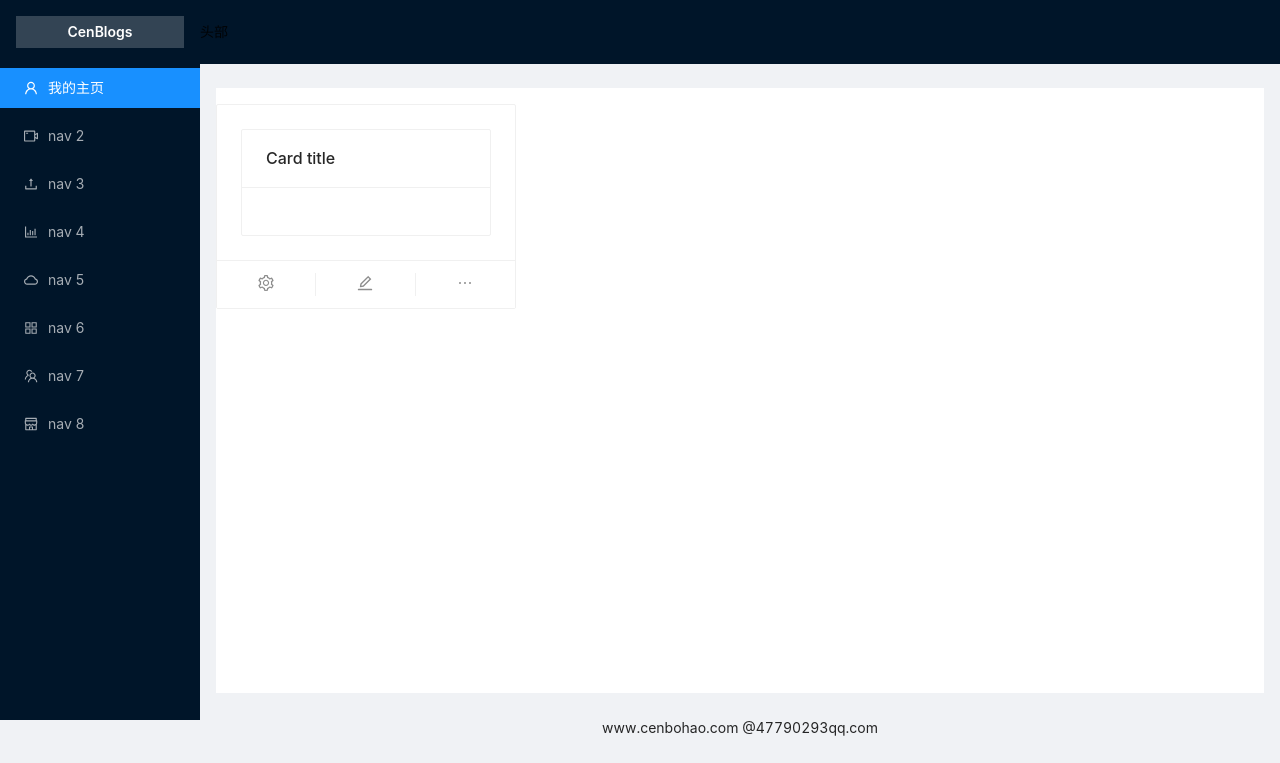
Repository: CBH20010703/bolgsweb
Page: / (app in blogs/)
An editor plug-in stored every save of this project. The page is shown before and after the next save, followed by the edit.
The browser window is 1280 px wide. The pictures show the whole page.
Pictures or frames that could not be fetched are drawn as grey boxes. The project was rebuilt for these pictures with package versions that can differ from the ones it lists, and the page was loaded fresh each time. Also part of the build but not shown: blogs/src/component/Header/Headers.css, blogs/src/view/Home/Home.css, blogs/src/view/404/Error.jsx.

Above is the page before, as saved 2021-06-26 13:27:13.

### blogs/src/index.js
import React from 'react';
import ReactDOM from 'react-dom';
import './index.css';
import App from './App';



ReactDOM.render(<App />,document.getElementById('root'));

### blogs/src/App.js
import './App.css';
import { React, Component } from "react";
import Headers from './component/Header/Headers';
import MenuList from './component/Menu/MenuList';
import Footers from './component/Footer/Footers';
import RouterMap from './router/RouterMap';
import { Layout} from 'antd';

const {  Content, Sider } = Layout;
export default class  App extends Component {
  constructor(props) {
    super(props);
    this.state = {  collapsed: false, }
  }
   toggle = () => {
    this.setState({
      collapsed: !this.state.collapsed,
    });
  };
  render() {
    return (
      <Layout>
    <Sider
      style={{
        overflow: 'auto',
        height: '100vh',
        position: 'fixed',
        left: 0,
      }}
    >
       <MenuList/>
    </Sider>
    <Layout className="site-layout" style={{ marginLeft: 200 }}>
      <Headers></Headers>
          <Content style={{ margin: '24px 16px 0', overflow: 'initial', height: "84vh", background:"#fff" }}>
          <RouterMap />
      </Content>
      <Footers/>
    </Layout>
  </Layout>
    );
  }
}

### blogs/src/component/Header/Headers.jsx
import React, { Component } from 'react'
import { Layout } from 'antd';
import "./Headers.css"
const { Header } = Layout;
export default class Headers extends Component {
    render() {
        return (
            <div>
                <Header className="site-layout-background" style={{ padding: 0 }} > 头部</Header>
            </div>
        )
    }
}

### blogs/src/component/Menu/MenuList.jsx
import React, { Component } from 'react'
import { Menu } from 'antd';
import "./MenuList.css"
import {
  AppstoreOutlined,
  BarChartOutlined,
  CloudOutlined,
  ShopOutlined,
  TeamOutlined,
  UserOutlined,
  UploadOutlined,
  VideoCameraOutlined,
} from '@ant-design/icons';
export default class MenuList extends Component {
  render() {
    return (
      <div>
        <div className="logo" >
          CenBlogs
        </div>
        <Menu theme="dark" mode="inline" defaultSelectedKeys={['1']}>
          <Menu.Item key="1" icon={<UserOutlined />}>
            我的主页
          </Menu.Item>
          <Menu.Item key="2" icon={<VideoCameraOutlined />}>
            nav 2
          </Menu.Item>
          <Menu.Item key="3" icon={<UploadOutlined />}>
            nav 3
          </Menu.Item>
          <Menu.Item key="4" icon={<BarChartOutlined />}>
            nav 4
          </Menu.Item>
          <Menu.Item key="5" icon={<CloudOutlined />}>
            nav 5
          </Menu.Item>
          <Menu.Item key="6" icon={<AppstoreOutlined />}>
            nav 6
          </Menu.Item>
          <Menu.Item key="7" icon={<TeamOutlined />}>
            nav 7
          </Menu.Item>
          <Menu.Item key="8" icon={<ShopOutlined />}>
            nav 8
          </Menu.Item>
        </Menu>
      </div>
    )
  }
}

### blogs/src/component/Footer/Footers.jsx
import React, { Component } from 'react'
import { Layout } from 'antd';
const {  Footer } = Layout;
export default class Footers extends Component {
    render() {
        return (
            <div>
               <Footer style={{ textAlign: 'center' }}>www.cenbohao.com @47790293qq.com</Footer>
            </div>
        )
    }
}

### blogs/src/router/RouterMap.js
import React from 'react'
import { HashRouter, Route, Switch} from 'react-router-dom'
import Home from "../view/Home/Home.jsx";
import Error from "../view/404/Error.jsx";
export default class RouterMap  extends React.Component {
    render() {
        return (
            <HashRouter>
                <Switch>
                    <Route exact path="/" component={Home} />
                    <Route  path="*" component={Error} />
               </Switch>
            </HashRouter>
        )
    }
}

### blogs/src/component/Menu/MenuList.css
.logo {
    height: 32px;
    margin: 16px;
    background: rgba(255, 255, 255, 0.2);
    text-align: center;
    line-height: 32px;
    color: #fff;
    font-weight: 600;
}

### blogs/src/view/Home/Home.jsx
import React, { Component } from 'react'
import { Skeleton, Card, Avatar } from 'antd';
import { EditOutlined, EllipsisOutlined, SettingOutlined } from '@ant-design/icons';
import "./Home.css"
export default class Home extends Component {
    constructor(props) {
        super(props);
        this.state = {
            loading: false
        }

    }
    handleClick = e => {
        console.log('click ', e);
    };
    render() {
        let { loading } = this.state;
        return (
            <div >
                <Card
                    style={{ width: 300, marginTop: 16 }}
                    actions={[
                        <SettingOutlined key="setting" />,
                        <EditOutlined key="edit" />,
                        <EllipsisOutlined key="ellipsis" />,
                    ]}
                >
                    <Skeleton loading={loading} avatar active>
                        <Card
                            avatar={
                                <Avatar src="https://zos.alipayobjects.com/rmsportal/ODTLcjxAfvqbxHnVXCYX.png" />
                            }
                            title="Card title"
                            description="This is the description"
                        />
                    </Skeleton>
                </Card>
            </div>
        )
    }
}

Loaded but not shown: blogs/public/index.html (common file); blogs/src/index.css (common file); blogs/src/App.css (common file)

After the next save:
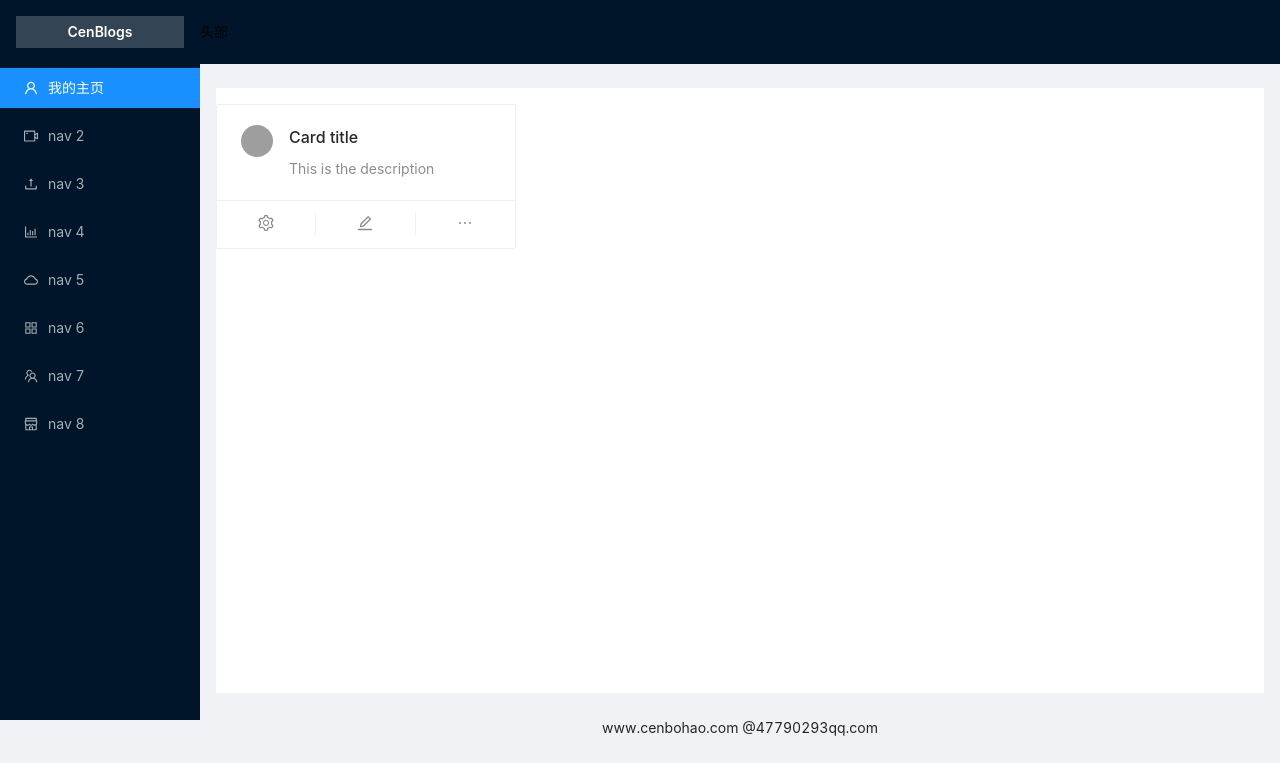
Saved 31 s later.
--- a/blogs/src/view/Home/Home.jsx
+++ b/blogs/src/view/Home/Home.jsx
@@ -1,6 +1,7 @@
 import React, { Component } from 'react'
 import { Skeleton, Card, Avatar } from 'antd';
 import { EditOutlined, EllipsisOutlined, SettingOutlined } from '@ant-design/icons';
+const { Meta } = Card;
 import "./Home.css"
 export default class Home extends Component {
     constructor(props) {
@@ -26,7 +27,7 @@ export default class Home extends Component {
                     ]}
                 >
                     <Skeleton loading={loading} avatar active>
-                        <Card
+                        <Meta
                             avatar={
                                 <Avatar src="https://zos.alipayobjects.com/rmsportal/ODTLcjxAfvqbxHnVXCYX.png" />
                             }
